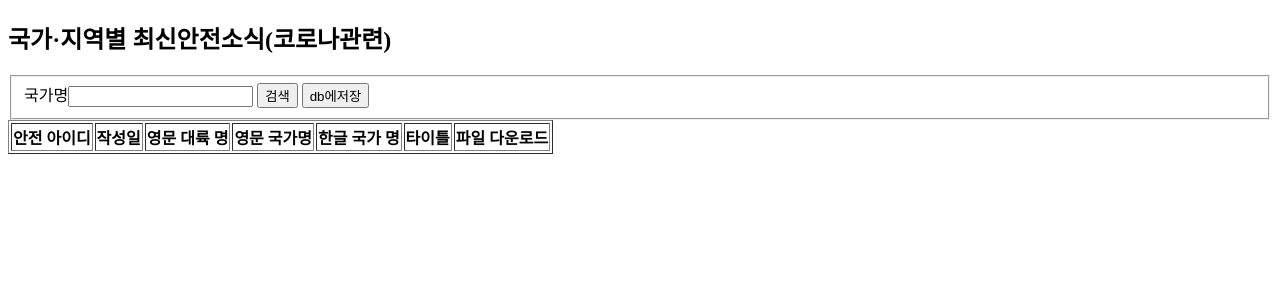
Repository: Sewoong-Lee/jsp
Page: http://localhost/jsp05_api/view/02_xml_json.jsp
These files come from the project's save history. The page is drawn as it stood at one moment and after the next save; the edit follows.
The browser window is 1280 px wide. The pictures show the whole page.
The page is served by Tomcat 9.

Above is the page before, as saved 2021-06-28 03:23:06.

After the next save:
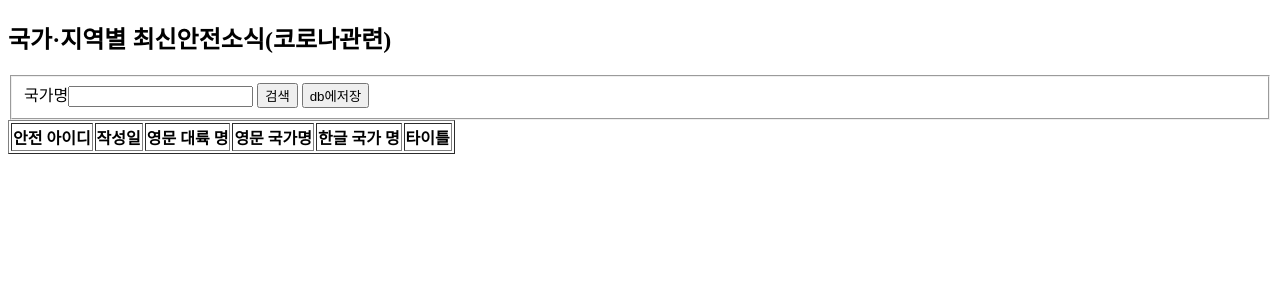
Saved 8 s later.
--- a/source/jsp05_api/WebContent/view/02_xml_json.jsp
+++ b/source/jsp05_api/WebContent/view/02_xml_json.jsp
@@ -34,7 +34,7 @@
 				<th>한글 국가 명</th>
 				<th>타이틀</th>
 				<!-- <th>HTML원본 내용</th> -->
-				<th>파일 다운로드</th>
+				<!-- <th>파일 다운로드</th> -->
 			</tr>
 		<c:forEach var="clist" items="${clist}">
 			<tr>
